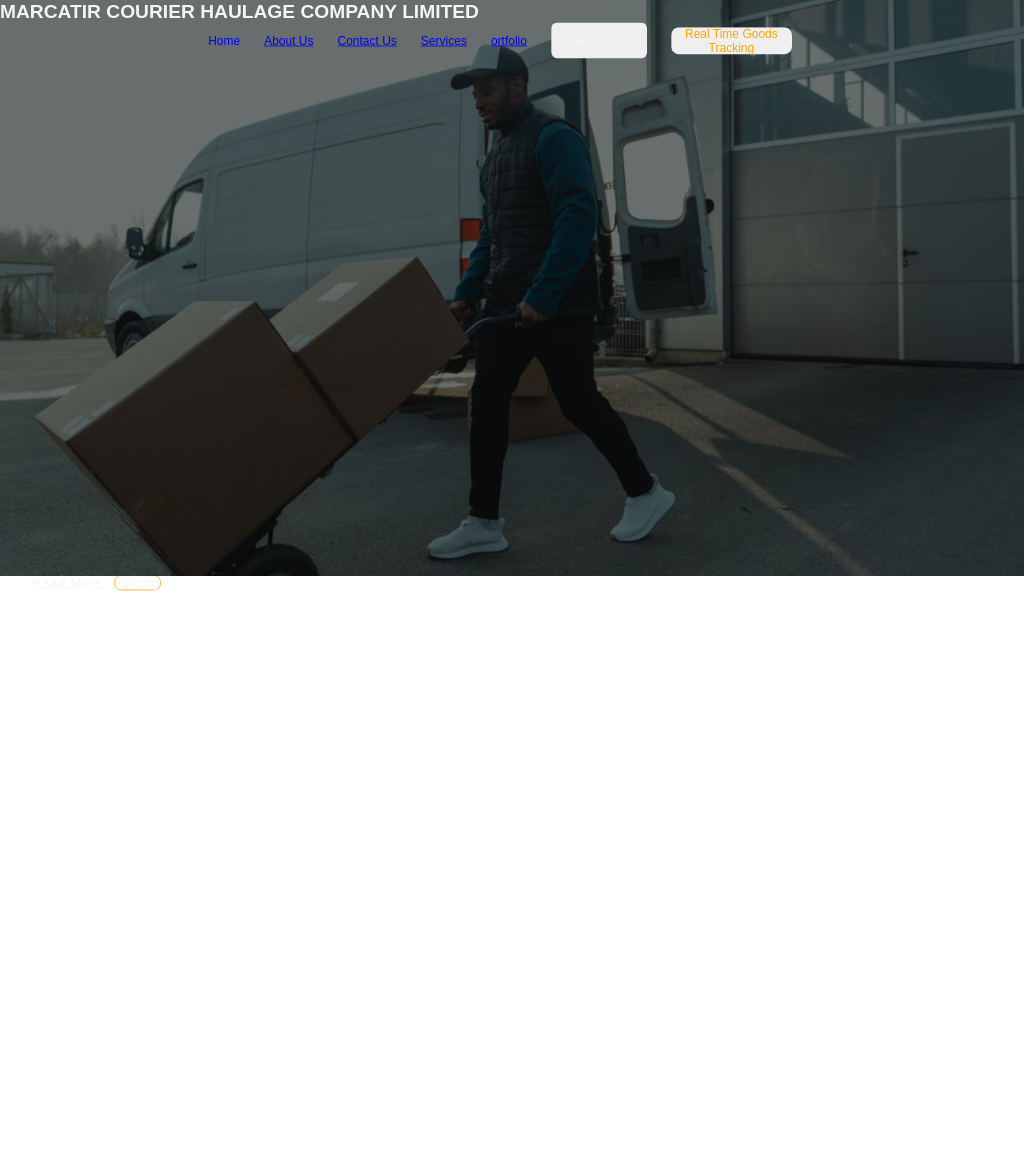
Repository: YagahAi/MARCATIR
Page: INDEX.HTML
An editor plug-in stored every save of this project. The page is shown before and after the next save, followed by the edit.
The browser window is 1280 px wide. The pictures show the whole page, at 80% of full size.

Above is the page before, as saved 2023-09-15 02:29:33.

After the next save:
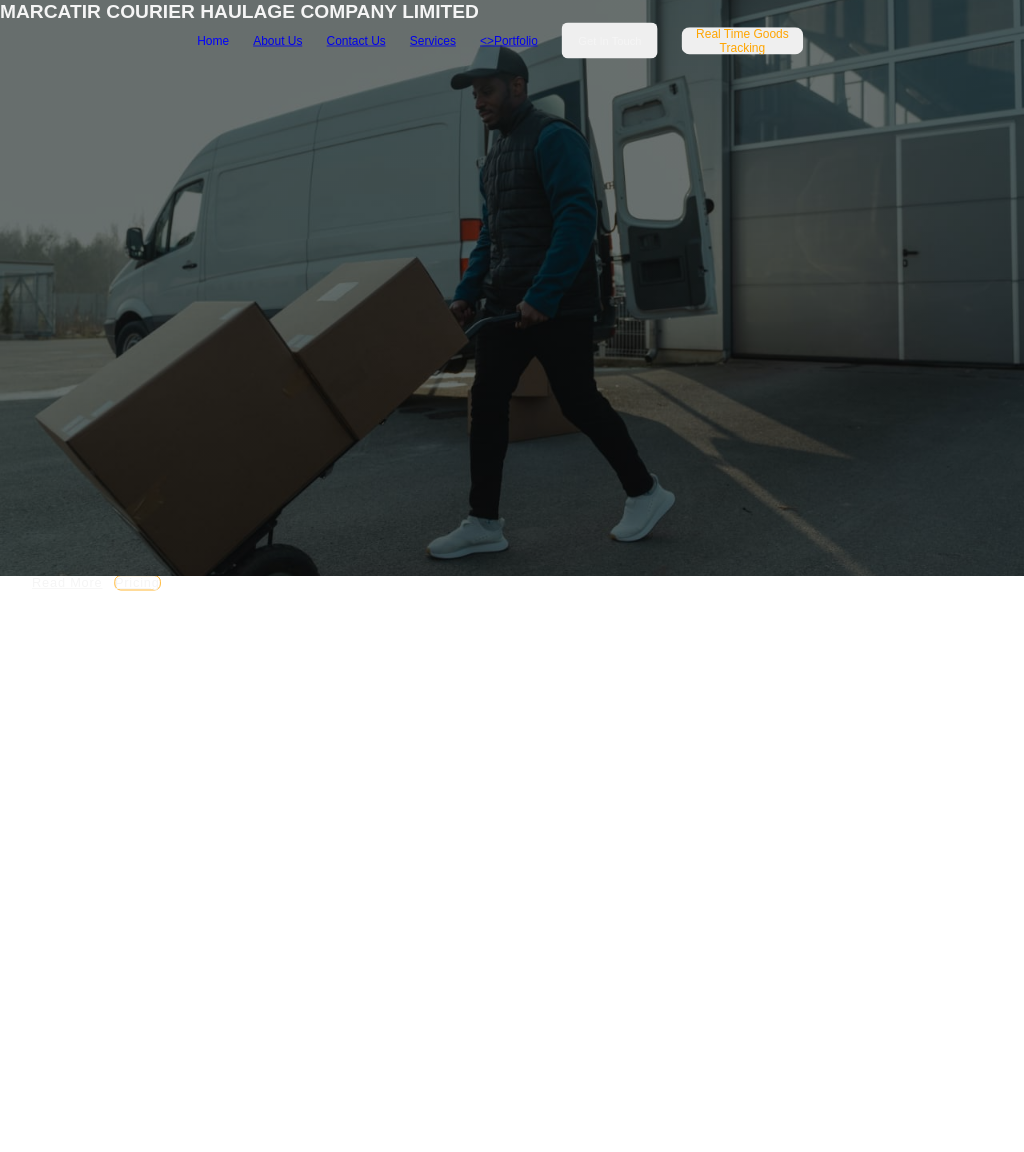
Saved 15 s later.
--- a/INDEX.HTML
+++ b/INDEX.HTML
@@ -15,7 +15,7 @@
                 <li><a href="/aboutus.html">About Us</a></li>
                 <li><a href="/contactus.html">Contact Us</a></li>
                 <li><a href="services.html">Services</a></li>
-                <li><a href="portfolio.html"><P></P>ortfolio</a></li>
+                <li><a href="portfolio.html"><></>Portfolio</a></li>
                 <li><a href="/form.html" target="_blank"><button class="btn">Get In Touch</button></a></li>
                 <li><button class="btn2">Real Time Goods Tracking</button></li>
 
